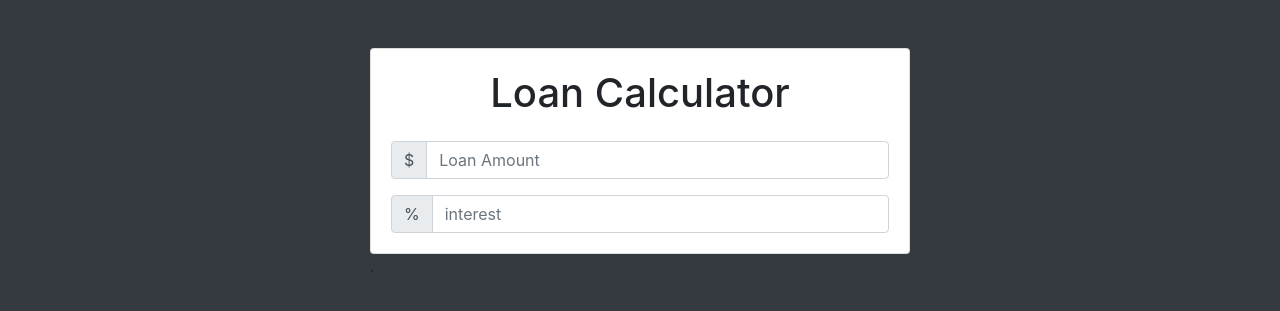
Repository: varun-project/LearningJs
Page: index.html
The author's editor kept a copy of each file at every save. The page is drawn from the files as they stood at one save, then again after the next save.
The browser window is 1280 px wide. The pictures show the whole page.

Above is the page before, as saved 2019-07-28 17:00:52.

After the next save:
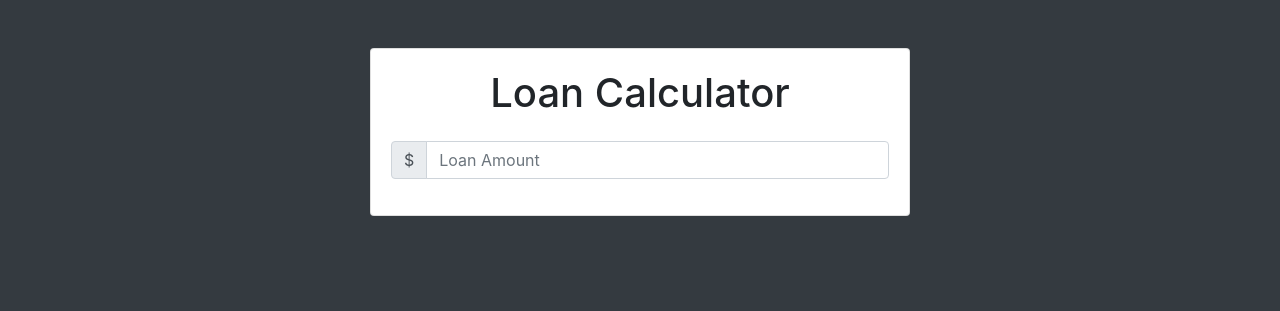
Saved 35 s later.
--- a/index.html
+++ b/index.html
@@ -38,19 +38,8 @@
                   />
                 </div>
               </div>
-              <div class="input-group">
-                  <div class="input-group-prepend">
-                    <div class="input-group-text">%</div>
-                  </div>
-                  <input
-                    type="number"
-                    class="form-control"
-                    id="interest"
-                    placeholder="interest"
-                  />
-                </div>
-              </div>
-.
+
+
             </form>
           </div>
         </div>
